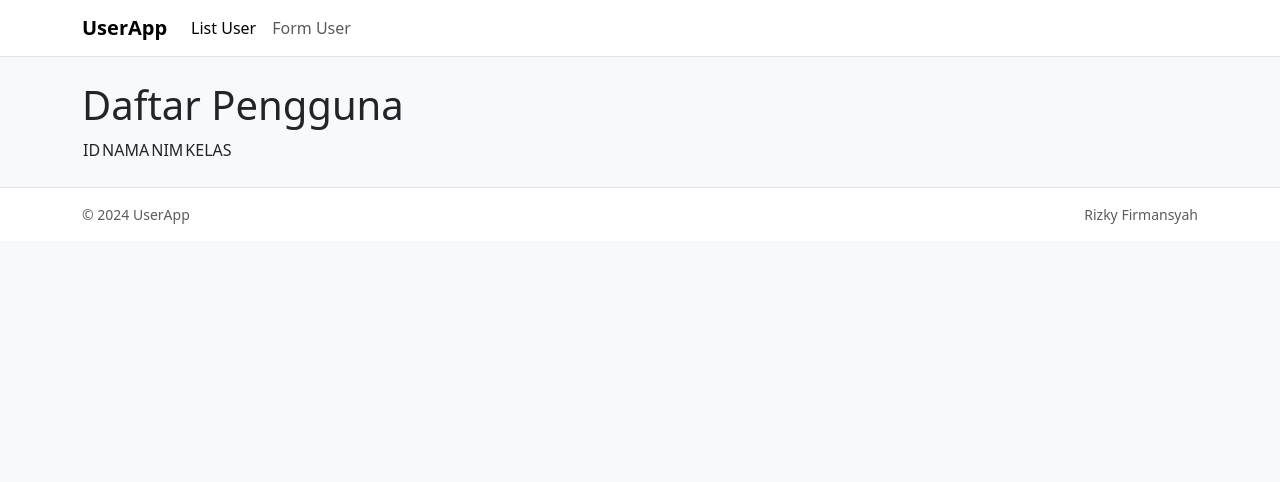
Repository: RizkyFirmansyah-com/prak-pwl-2357051016
Page: http://localhost/user
These files come from the project's save history. The page is drawn as it stood at one moment and after the next save; the edit follows.
The browser window is 1280 px wide. The pictures show the whole page.
The page is served by the project's Laravel application, run on PHP 8.4 with Laravel 10. Queries for data that is not in the repository find no rows.

Above is the page before, as saved 2025-09-30 09:08:16.

After the next save:
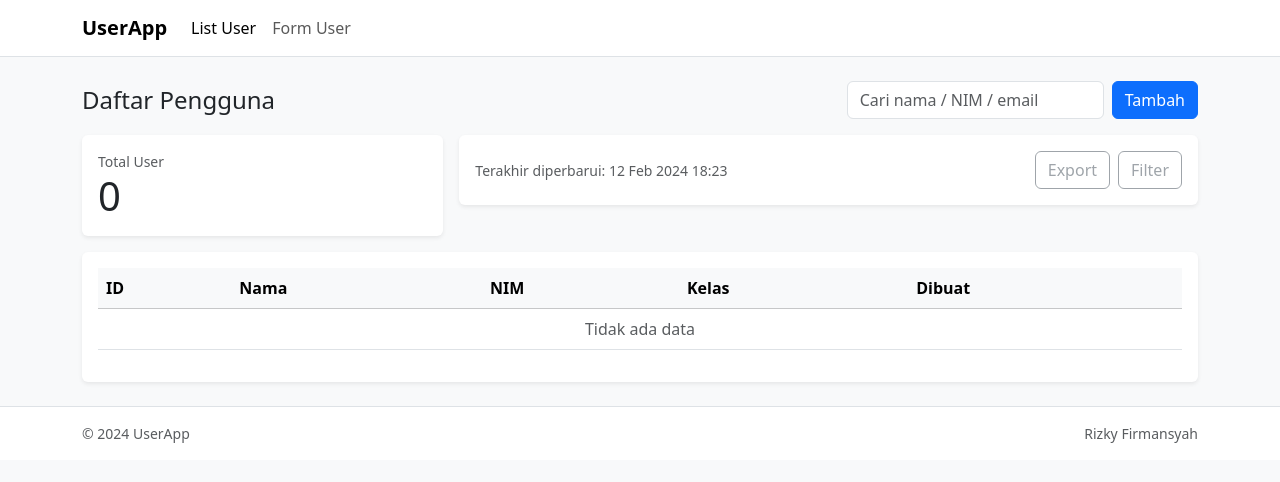
Saved 2 min 24 s later.
--- a/resources/views/list_user.blade.php
+++ b/resources/views/list_user.blade.php
@@ -1,29 +1,83 @@
-
 @extends('layouts.app')
-
+@section('title','List User')
 
 @section('content')
+  {{-- Flash message --}}
+  @if(session('success'))
+    <div class="alert alert-success">{{ session('success') }}</div>
+  @endif
 
-    <h1>Daftar Pengguna</h1>
-    <table>
-    <thead>
-        <tr>
-            <td>ID</td>
-            <td>NAMA</td>
-            <td>NIM</td>
-            <td>KELAS</td>
-        </tr>
-    </thead>
+  {{-- Header + Aksi --}}
+  <div class="d-flex flex-wrap align-items-center justify-content-between gap-2 mb-3">
+    <h4 class="mb-0">Daftar Pengguna</h4>
+    <div class="d-flex gap-2">
+      <form method="GET" class="d-flex" role="search">
+        <input name="q" value="{{ request('q') }}" class="form-control" placeholder="Cari nama / NIM / email">
+      </form>
+      <a href="{{ route('user.create') }}" class="btn btn-primary">Tambah</a>
+    </div>
+  </div>
 
-    <tbody>
-        @foreach($users as $user)
+  {{-- Ringkasan kecil --}}
+  <div class="row g-3 mb-3">
+    <div class="col-md-4">
+      <div class="card border-0 shadow-sm">
+        <div class="card-body">
+          <div class="small text-muted">Total User</div>
+          <div class="display-6">
+            {{ method_exists($users,'total') ? $users->total() : (is_countable($users) ? count($users) : 0) }}
+          </div>
+        </div>
+      </div>
+    </div>
+    <div class="col-md-8">
+      <div class="card border-0 shadow-sm">
+        <div class="card-body d-flex flex-wrap justify-content-between align-items-center gap-2">
+          <span class="small text-muted">Terakhir diperbarui: {{ now()->format('d M Y H:i') }}</span>
+          <div class="d-flex gap-2">
+            <a class="btn btn-outline-secondary disabled">Export</a>
+            <a class="btn btn-outline-secondary disabled">Filter</a>
+          </div>
+        </div>
+      </div>
+    </div>
+  </div>
+
+  {{-- Tabel --}}
+  <div class="card border-0 shadow-sm">
+    <div class="card-body table-responsive">
+      <table class="table align-middle table-hover">
+        <thead class="table-light">
+          <tr>
+            <th>ID</th>
+            <th>Nama</th>
+            <th>NIM</th>
+            <th>Kelas</th>
+            <th>Dibuat</th>
+          </tr>
+        </thead>
+        <tbody>
+          @forelse($users as $user)
             <tr>
-                <td>{{ $user->id }}</td>
-                <td>{{ $user->nama }}</td>
-                <td>{{ $user->nim }}</td>
-                <td>{{ $user->nama_kelas }}</td>
+              <td>{{ $user->id }}</td>
+              <td>{{ $user->nama ?? $user->name ?? '-' }}</td>
+              <td>{{ $user->nim ?? '-' }}</td>
+              <td>{{ $user->nama_kelas ?? ($user->kelas->nama_kelas ?? '-') }}</td>
+              <td>{{ optional($user->created_at)->diffForHumans() }}</td>
             </tr>
-        @endforeach
-    </tbody>
-</table>
+          @empty
+            <tr>
+              <td colspan="5" class="text-center text-muted">Tidak ada data</td>
+            </tr>
+          @endforelse
+        </tbody>
+      </table>
+
+      @if(method_exists($users, 'links'))
+        <div class="mt-2">
+          {{ $users->links() }}
+        </div>
+      @endif
+    </div>
+  </div>
 @endsection
